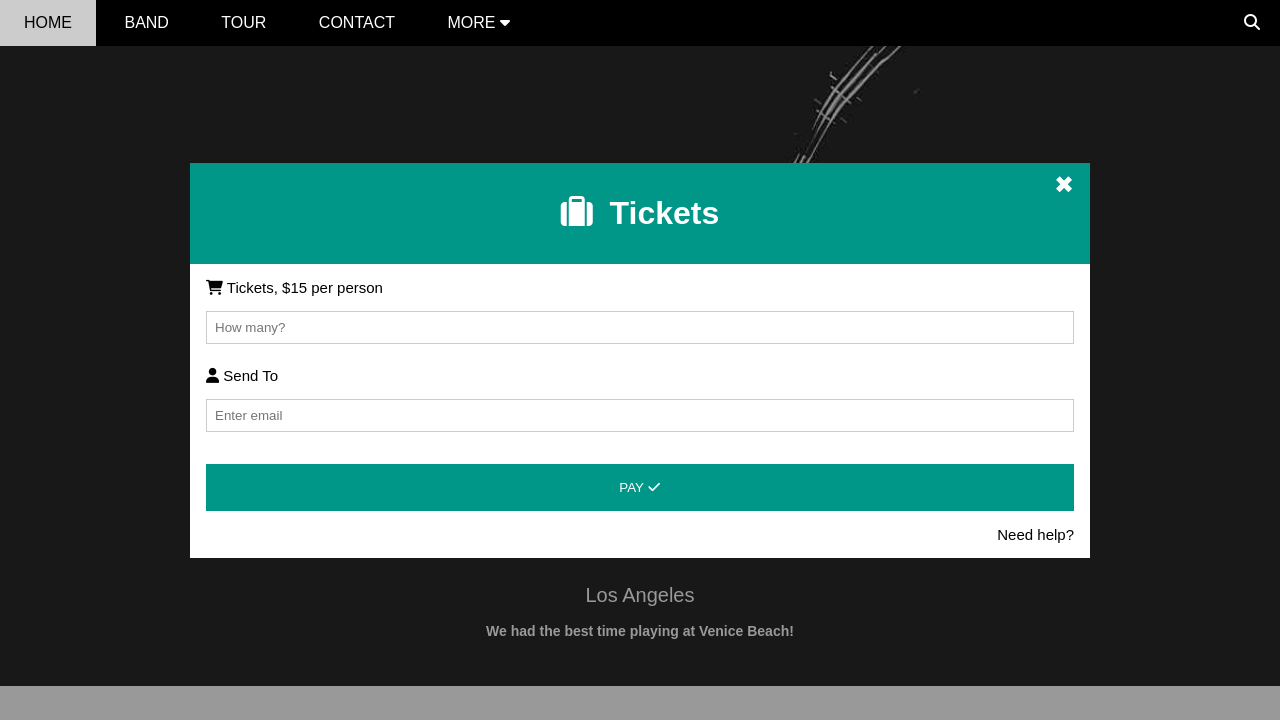
Repository: TranPhucThinh/clone-the-band
Page: index.html
The author's editor kept a copy of each file at every save. The page is drawn from the files as they stood at one save, then again after the next save.
The browser window is 1280 px wide. The pictures show the window.
A layer covers the whole window, so only the first screen is drawn. Some web libraries are served in a nearby version.

Above is the page before, as saved 2022-08-04 16:24:12.

After the next save:
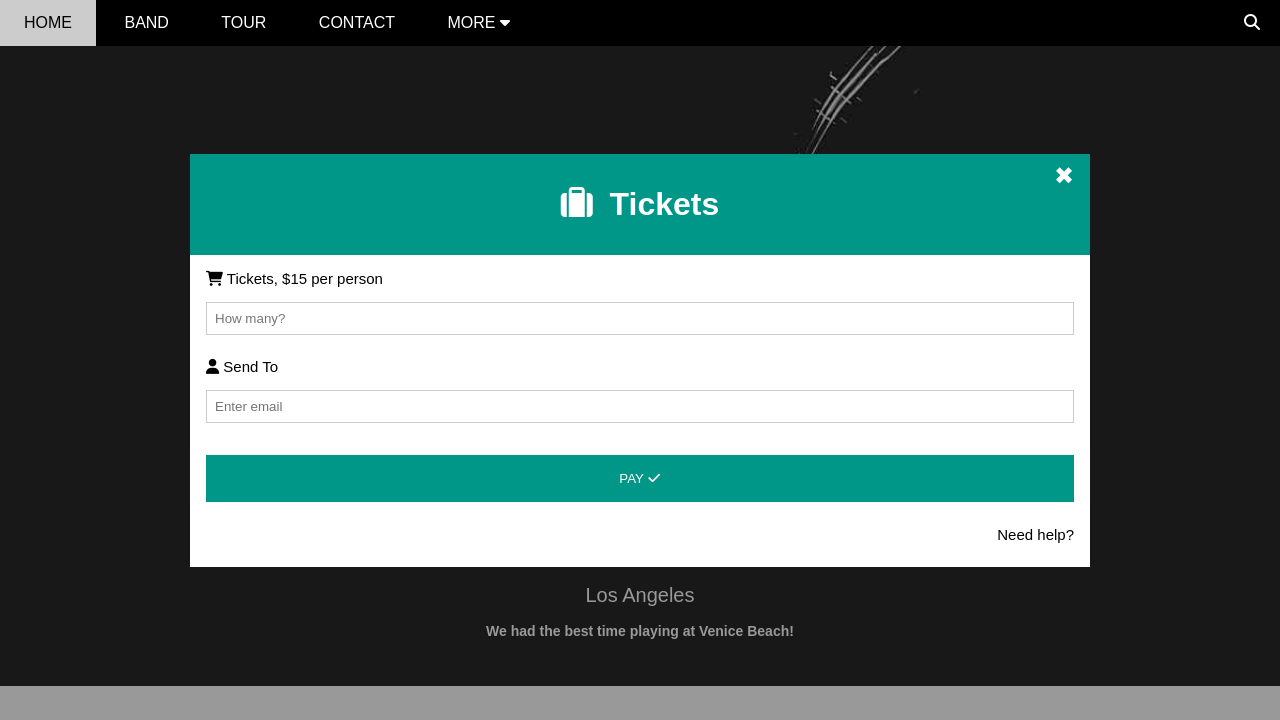
Saved 7 s later.
--- a/assets/style.css
+++ b/assets/style.css
@@ -413,5 +413,5 @@ html {
 
 .body-modal p {
   text-align: right;
-  padding: 15px 0;
-}
+  padding: 24px 0;
+}
